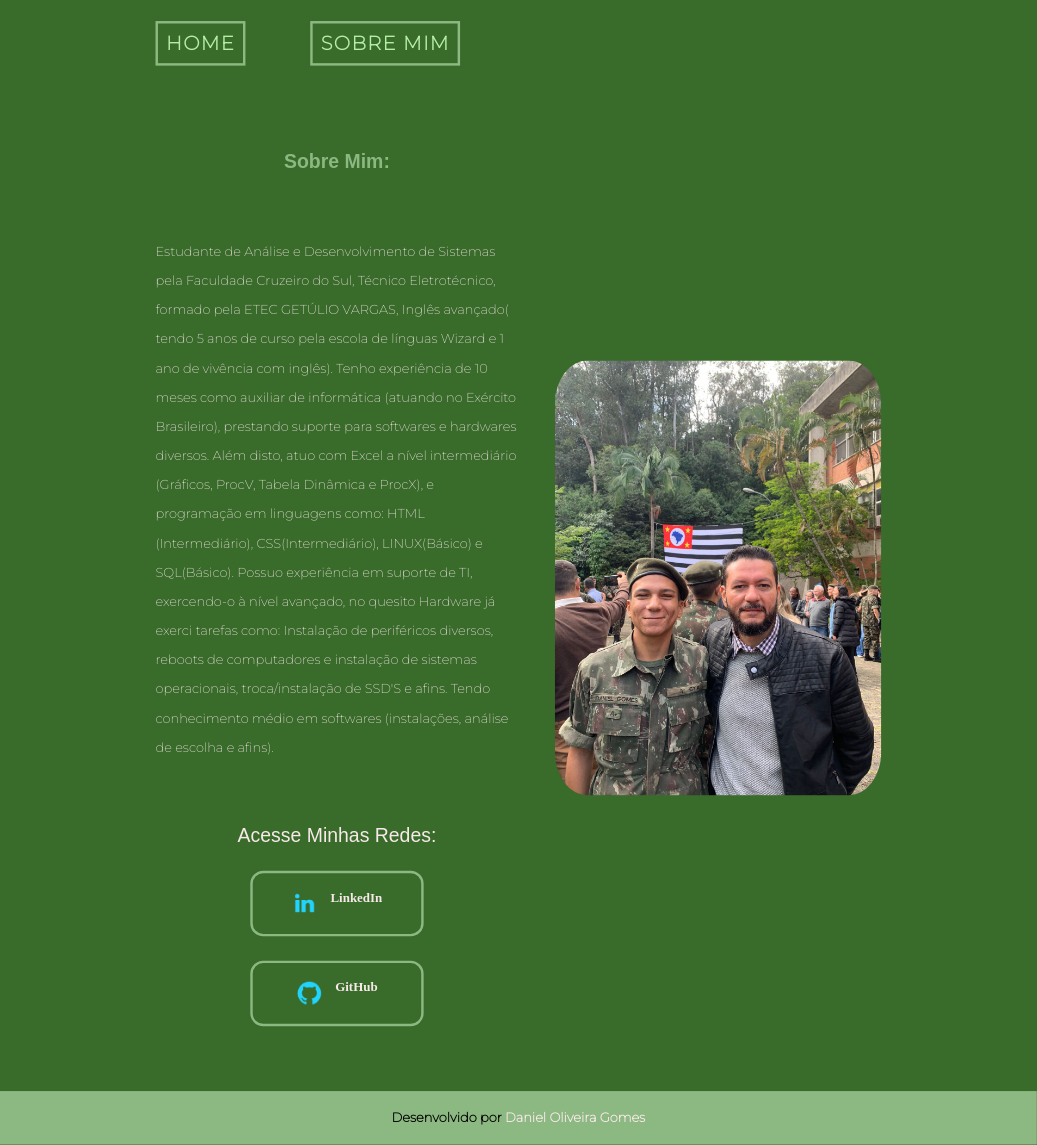
Repository: DamnDTX/Portfolio-Daniel-Oliveira-1
Page: about.html
An editor plug-in stored every save of this project. The page is shown before and after the next save, followed by the edit.
The browser window is 1280 px wide. The pictures show the whole page, at 81% of full size.
The pointer rests on the first visible `.cabecalho__menu__link`.
Some web fonts or font styles are not loaded; a fallback is used.

Above is the page before, as saved 2023-07-11 18:43:29.

After the next save:
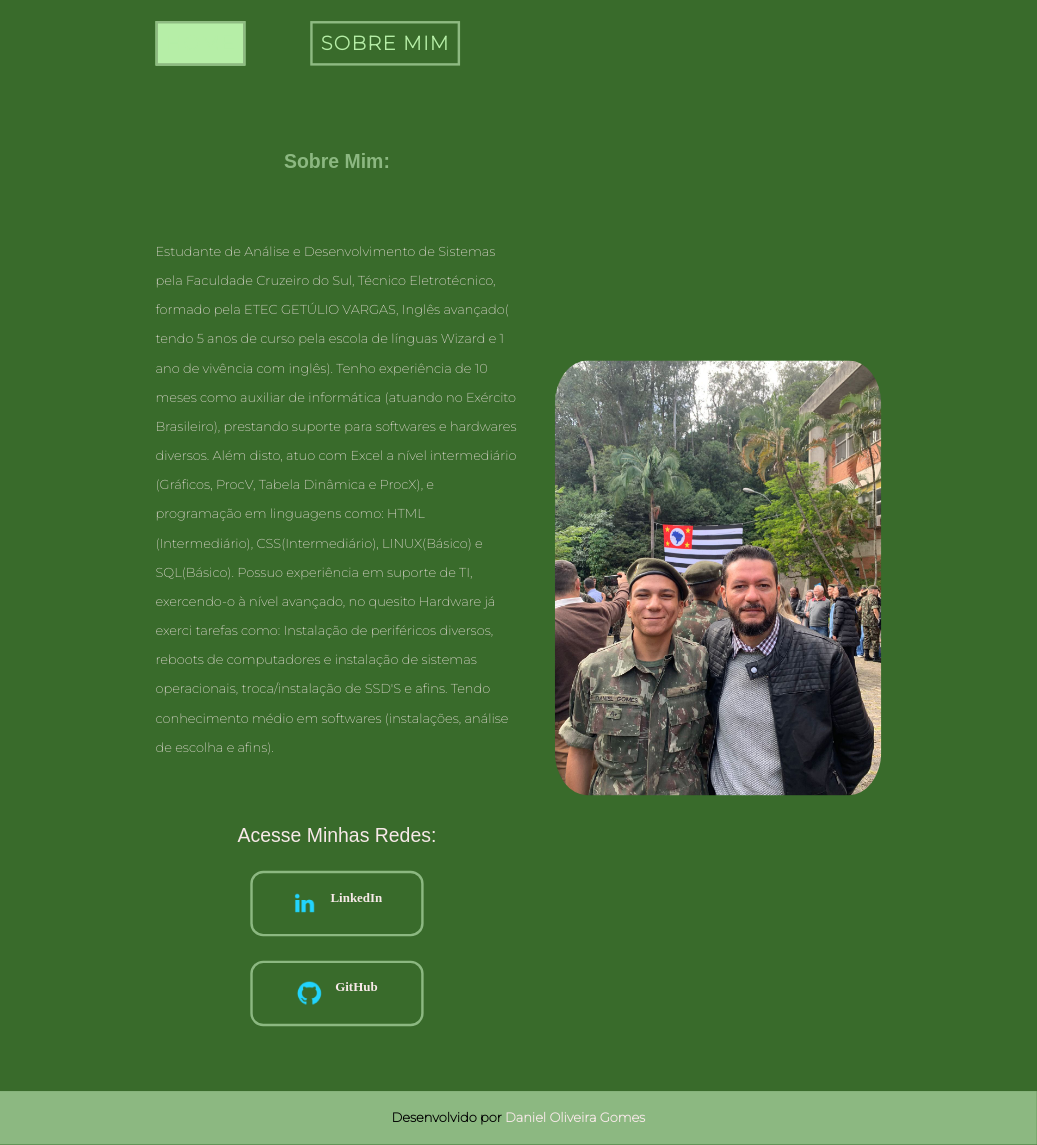
Saved 2 min 5 s later.
--- a/styles/about.css
+++ b/styles/about.css
@@ -154,6 +154,9 @@ gap: 40px;}
 
     .desenvolvedor{color: #F8E9E9;}
 
+    .cabecalho__menu__link:hover{
+        background-color: #B6EEA7;
+    }
 
     @media (max-width:800px) {
         .cabecalho {
